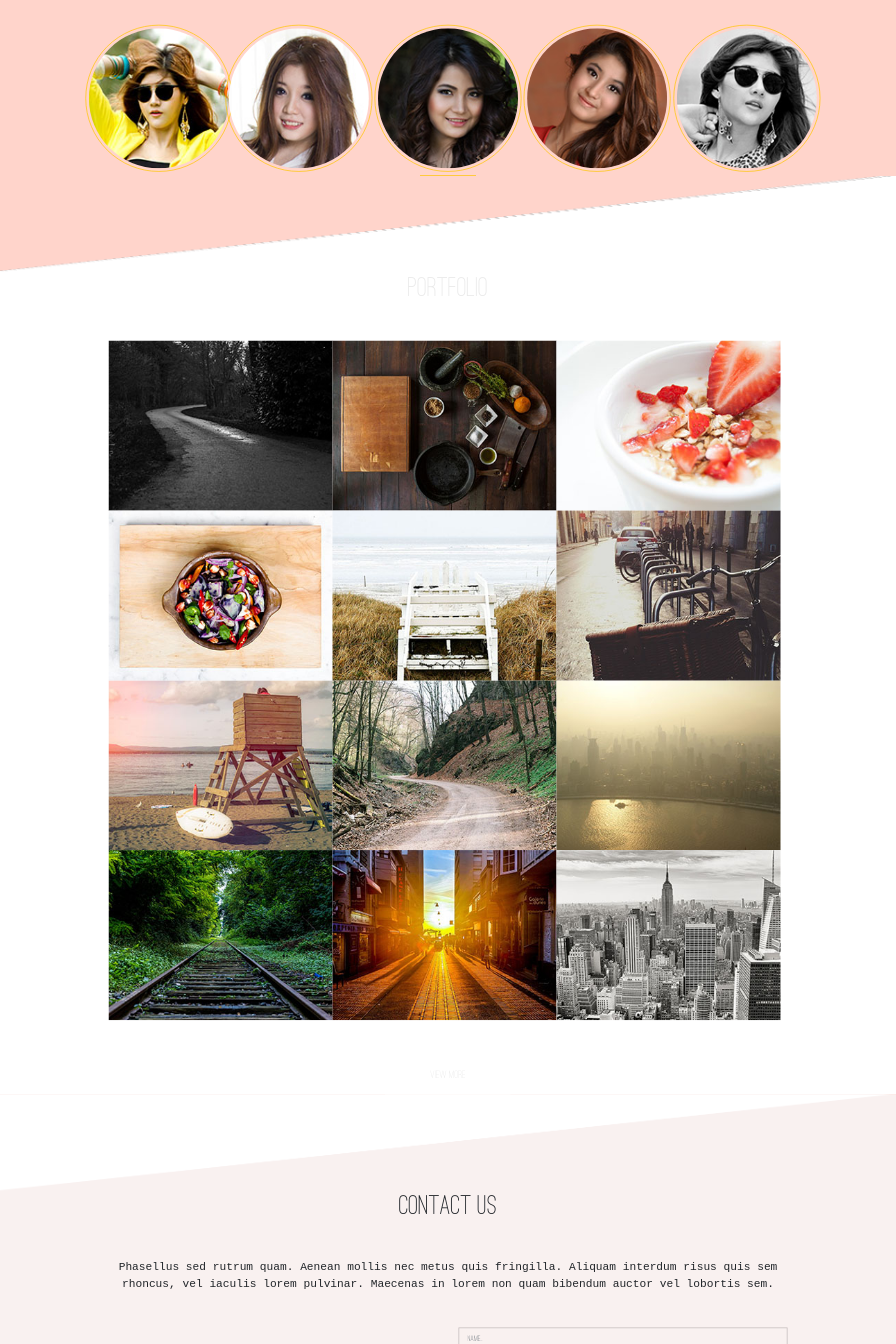
Repository: Demonster1999/newshoperrepo
Page: index.html
An editor plug-in stored every save of this project. The page is shown before and after the next save, followed by the edit.
The browser window is 1280 px wide. The pictures show the part of the page from y = 2129 to 4049 px (the page is 4582 px tall before and 4625 px after), at 70% of full size.
Some web libraries are served in a nearby version.

Above is the page before, as saved 2020-07-21 14:02:01.
Console error: TypeError: Cannot read properties of null (reading 'getContext')

After the next save:
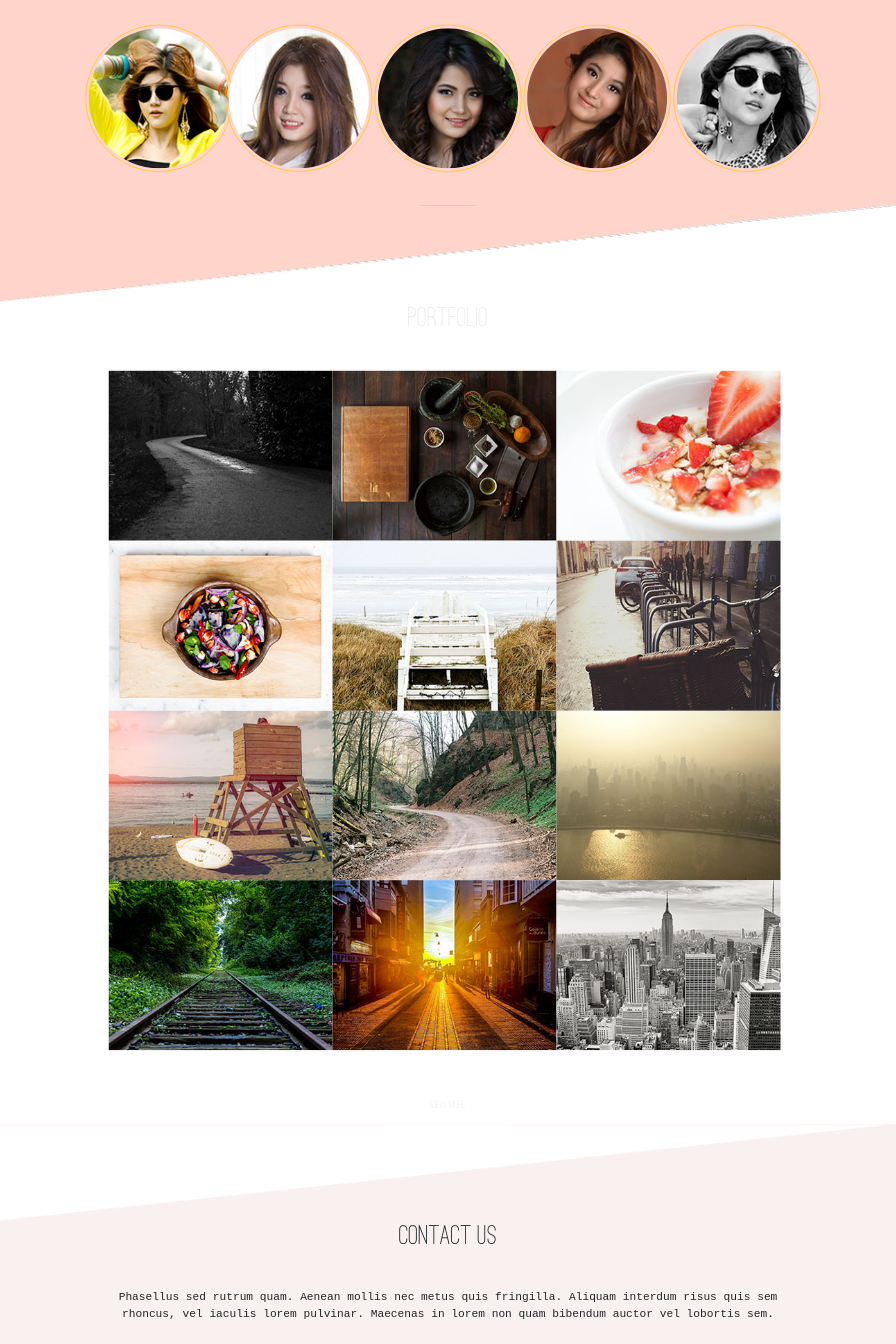
Saved 21 s later.
--- a/index.html
+++ b/index.html
@@ -267,7 +267,7 @@
 	</div>
 	<div class="col-md-1"></div>
 </div>
-<hr class="tm-author-name-underline">
+<hr class="tm-author-name-underline mt-5">
 
 					</div>
 		</section> <!-- portfolio -->
